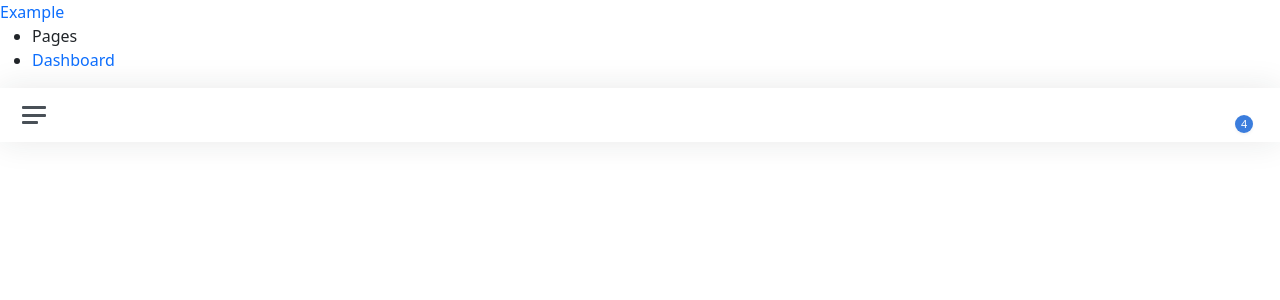
Repository: nick2price2003/rr-app
Page: /
An editor plug-in stored every save of this project. The page is shown before and after the next save, followed by the edit.
The browser window is 1280 px wide. The pictures show the whole page.
The project was rebuilt for these pictures with package versions that can differ from the ones it lists, and the page was loaded fresh each time. The framework's server and built-in components were replaced by stand-ins that run in the browser. Also part of the build but not shown: next.config.js.

Above is the page before, as saved 2022-10-11 12:53:11.

### pages/index.js
import Head from "next/head";

export default function Home() {
  return (
    <div>
      <Head>
        <title>RR Example</title>
        <meta name='description' content='Generated by create next app' />
        <link rel='icon' href='/favicon.ico' />
      </Head>

      <div classNameNameName='wrapper'>
        <nav id='sidebar' classNameName='sidebar js-sidebar'>
          <div classNameName='sidebar-content js-simplebar'>
            <a classNameName='sidebar-brand' href='index.html'>
              <span classNameName='align-middle'>Example</span>
            </a>

            <ul classNameName='sidebar-nav'>
              <li classNameName='sidebar-header'>Pages</li>

              <li classNameName='sidebar-item active'>
                <a classNameName='sidebar-link' href='index.html'>
                  <i classNameName='align-middle' data-feather='sliders'></i>{" "}
                  <span classNameName='align-middle'>Dashboard</span>
                </a>
              </li>
            </ul>
          </div>
        </nav>

        <div classNameName='main'>
          <nav className='navbar navbar-expand navbar-light navbar-bg'>
            <a className='sidebar-toggle js-sidebar-toggle'>
              <i className='hamburger align-self-center'></i>
            </a>

            <div className='navbar-collapse collapse'>
              <ul className='navbar-nav navbar-align'>
                <li className='nav-item dropdown'>
                  <a
                    className='nav-icon dropdown-toggle'
                    href='#'
                    id='alertsDropdown'
                    data-bs-toggle='dropdown'
                  >
                    <div className='position-relative'>
                      <i className='align-middle' data-feather='bell'></i>
                      <span className='indicator'>4</span>
                    </div>
                  </a>
                  <div
                    className='dropdown-menu dropdown-menu-lg dropdown-menu-end py-0'
                    aria-labelledby='alertsDropdown'
                  >
                    <div className='dropdown-menu-header'>
                      4 New Notifications
                    </div>
                    <div className='list-group'>
                      <a href='#' className='list-group-item'>
                        <div className='row g-0 align-items-center'>
                          <div className='col-2'>
                            <i
                              className='text-danger'
                              data-feather='alert-circle'
                            ></i>
                          </div>
                          <div className='col-10'>
                            <div className='text-dark'>Update completed</div>
                            <div className='text-muted small mt-1'>
                              Restart server 12 to complete the update.
                            </div>
                            <div className='text-muted small mt-1'>30m ago</div>
                          </div>
                        </div>
                      </a>
                      <a href='#' className='list-group-item'>
                        <div className='row g-0 align-items-center'>
                          <div className='col-2'>
                            <i className='text-warning' data-feather='bell'></i>
                          </div>
                          <div className='col-10'>
                            <div className='text-dark'>Lorem ipsum</div>
                            <div className='text-muted small mt-1'>
                              Aliquam ex eros, imperdiet vulputate hendrerit et.
                            </div>
                            <div className='text-muted small mt-1'>2h ago</div>
                          </div>
                        </div>
                      </a>
                      <a href='#' className='list-group-item'>
                        <div className='row g-0 align-items-center'>
                          <div className='col-2'>
                            <i className='text-primary' data-feather='home'></i>
                          </div>
                          <div className='col-10'>
                            <div className='text-dark'>
                              Login from 192.186.1.8
                            </div>
                            <div className='text-muted small mt-1'>5h ago</div>
                          </div>
                        </div>
                      </a>
                      <a href='#' className='list-group-item'>
                        <div className='row g-0 align-items-center'>
                          <div className='col-2'>
                            <i
                              className='text-success'
                              data-feather='user-plus'
                            ></i>
                          </div>
                          <div className='col-10'>
                            <div className='text-dark'>New connection</div>
                            <div className='text-muted small mt-1'>
                              Christina accepted your request.
                            </div>
                            <div className='text-muted small mt-1'>14h ago</div>
                          </div>
                        </div>
                      </a>
                    </div>
                    <div className='dropdown-menu-footer'>
                      <a href='#' className='text-muted'>
                        Show all notifications
                      </a>
                    </div>
                  </div>
                </li>
                <li className='nav-item dropdown'>
                  <a
                    className='nav-icon dropdown-toggle d-inline-block d-sm-none'
                    href='#'
                    data-bs-toggle='dropdown'
                  >
                    <i className='align-middle' data-feather='settings'></i>
                  </a>

                  <div className='dropdown-menu dropdown-menu-end'>
                    <a className='dropdown-item' href='pages-profile.html'>
                      <i className='align-middle me-1' data-feather='user'></i>{" "}
                      Profile
                    </a>
                    <a className='dropdown-item' href='#'>
                      <i
                        className='align-middle me-1'
                        data-feather='pie-chart'
                      ></i>{" "}
                      Analytics
                    </a>
                    <div className='dropdown-divider'></div>
                    <a className='dropdown-item' href='index.html'>
                      <i
                        className='align-middle me-1'
                        data-feather='settings'
                      ></i>{" "}
                      Settings & Privacy
                    </a>
                    <a className='dropdown-item' href='#'>
                      <i
                        className='align-middle me-1'
                        data-feather='help-circle'
                      ></i>{" "}
                      Help Center
                    </a>
                    <div className='dropdown-divider'></div>
                    <a className='dropdown-item' href='#'>
                      Log out
                    </a>
                  </div>
                </li>
              </ul>
            </div>
          </nav>
        </div>
      </div>
    </div>
  );
}

Loaded but not shown: pages/_app.js (common file); styles/globals.css (library)

After the next save:
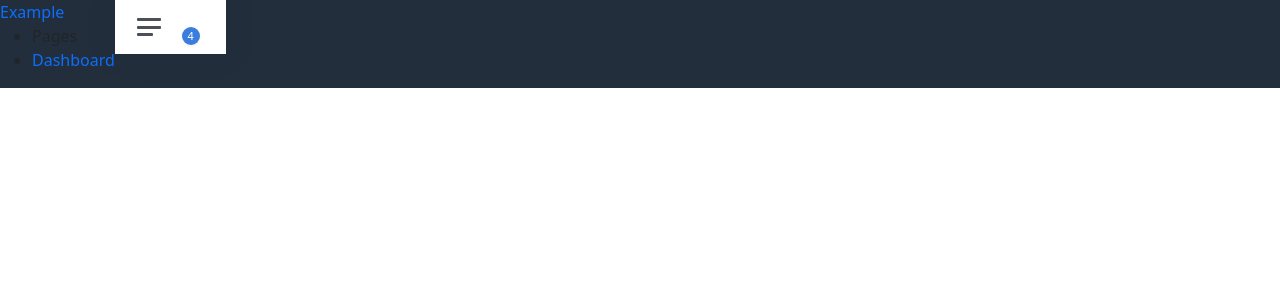
Saved 30 s later.
--- a/pages/index.js
+++ b/pages/index.js
@@ -9,7 +9,7 @@ export default function Home() {
         <link rel='icon' href='/favicon.ico' />
       </Head>
 
-      <div classNameNameName='wrapper'>
+      <div className='wrapper'>
         <nav id='sidebar' classNameName='sidebar js-sidebar'>
           <div classNameName='sidebar-content js-simplebar'>
             <a classNameName='sidebar-brand' href='index.html'>
